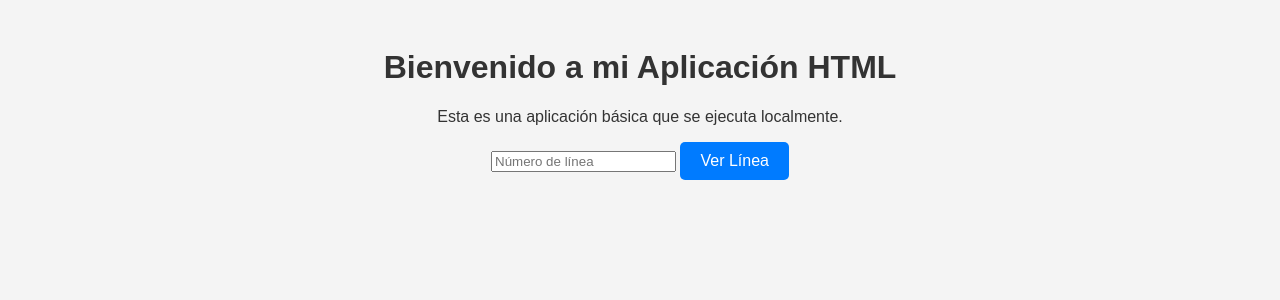
Repository: cflorido/Front_T3
Page: index.html
An editor plug-in stored every save of this project. The page is shown before and after the next save, followed by the edit.
The browser window is 1280 px wide. The pictures show the whole page.

Above is the page before, as saved 2024-10-22 18:45:45.

### index.html
<!DOCTYPE html>
<html lang="es">
<head>
    <meta charset="UTF-8">
    <meta name="viewport" content="width=device-scale=1.0">
    <title>Mi Aplicación HTML Básica</title>
    <style>
        body {
            font-family: Arial, sans-serif;
            background-color: #f4f4f4;
            color: #333;
            text-align: center;
            padding: 20px;
        }
        button {
            padding: 10px 20px;
            font-size: 16px;
            cursor: pointer;
            background-color: #007BFF; /* Color de fondo azul */
            color: white; /* Color del texto */
            border: none; /* Sin borde */
            border-radius: 5px; /* Bordes redondeados */
            transition: background-color 0.3s; /* Efecto de transición */
        }
        button:hover {
            background-color: #0056b3; /* Color más oscuro al pasar el mouse */
        }
        #contenido {
            margin-top: 20px;
            padding: 10px;
            border: 1px solid #333;
            background-color: #fff;
            display: none; /* Oculto por defecto */
        }
        table {
            margin: 20px auto;
            border-collapse: collapse;
            width: 80%;
        }
        th, td {
            border: 1px solid #333;
            padding: 10px;
            text-align: center;
            width: 14.28%; /* Para que se divida el espacio en 7 columnas */
        }
        th {
            background-color: #ddd;
        }
        .utilizado {
            background-color: #4CAF50; /* Verde para las franjas utilizadas */
        }
    </style>
</head>
<body>
    <h1>Bienvenido a mi Aplicación HTML</h1>
    <p>Esta es una aplicación básica que se ejecuta localmente.</p>

    <input type="number" id="numeroLinea" placeholder="Número de línea" min="1">
    <button onclick="cargarLinea()">Ver Línea</button>

    <div id="contenido"></div>

    <script>
        let lineas = []; // Array para almacenar las líneas del archivo

        // Función para cargar el contenido del archivo y dividirlo en líneas
        function cargarContenido() {
            fetch('data.txt')
                .then(response => {
                    if (!response.ok) {
                        throw new Error('Error al cargar el archivo: ' + response.statusText);
                    }
                    return response.text();
                })
                .then(data => {
                    lineas = data.split('\n'); // Divide el contenido en líneas
                })
                .catch(error => {
                    console.error(error);
                    alert('No se pudo cargar el contenido.');
                });
        }

        // Función para mostrar la línea seleccionada
        function cargarLinea() {
            const numeroLinea = document.getElementById("numeroLinea").value;
            const contenidoDiv = document.getElementById("contenido");

            // Verificar si el número de línea es válido
            if (numeroLinea > 0 && numeroLinea <= lineas.length) {
                const horario = JSON.parse(lineas[numeroLinea - 1]); // Parsear la línea como JSON
                mostrarHorario(horario); // Mostrar el horario en forma de tabla
                contenidoDiv.style.display = 'block'; // Muestra el div
            } else {
                alert('Número de línea no válido. Intenta de nuevo.');
            }
        }

        // Función para mostrar el horario en una tabla
        function mostrarHorario(horario) {
            const contenidoDiv = document.getElementById("contenido");
            contenidoDiv.innerHTML = ''; // Limpiar el contenido previo

            // Crear la tabla
            const tabla = document.createElement('table');
            const thead = document.createElement('thead');
            const tbody = document.createElement('tbody');

            // Crear encabezado de la tabla
            const encabezado = document.createElement('tr');
            const dias = ['Franja Horaria', 'Lunes', 'Martes', 'Miércoles', 'Jueves', 'Viernes', 'Sábado', 'Domingo'];
            dias.forEach(dia => {
                const th = document.createElement('th');
                th.textContent = dia;
                encabezado.appendChild(th);
            });
            thead.appendChild(encabezado);
            tabla.appendChild(thead);

            // Crear filas de horarios
            for (let i = 0; i < 12; i++) { // 12 franjas horarias
                const fila = document.createElement('tr');

                // Calcular la franja horaria
                const horaInicio = (i * 2) % 24;
                const horaFin = (horaInicio + 2) % 24;
                const franjaHoraria = `${horaInicio < 10 ? '0' : ''}${horaInicio}:00 - ${horaFin < 10 ? '0' : ''}${horaFin}:00`;

                // Añadir la franja horaria a la celda
                const celdaFranja = document.createElement('td');
                celdaFranja.textContent = franjaHoraria;
                fila.appendChild(celdaFranja);

                for (let j = 0; j < 7; j++) { // 7 días de la semana
                    const celda = document.createElement('td');
                    celda.textContent = horario[i * 7 + j]; // Calcular la posición en el array
                    if (horario[i * 7 + j] === 1) {
                        celda.classList.add('utilizado'); // Añadir clase si es utilizado
                    }
                    fila.appendChild(celda);
                }
                tbody.appendChild(fila);
            }

            tabla.appendChild(tbody);
            contenidoDiv.appendChild(tabla);
        }

        // Cargar el contenido del archivo al inicio
        cargarContenido();
    </script>
</body>
</html>

After the next save:
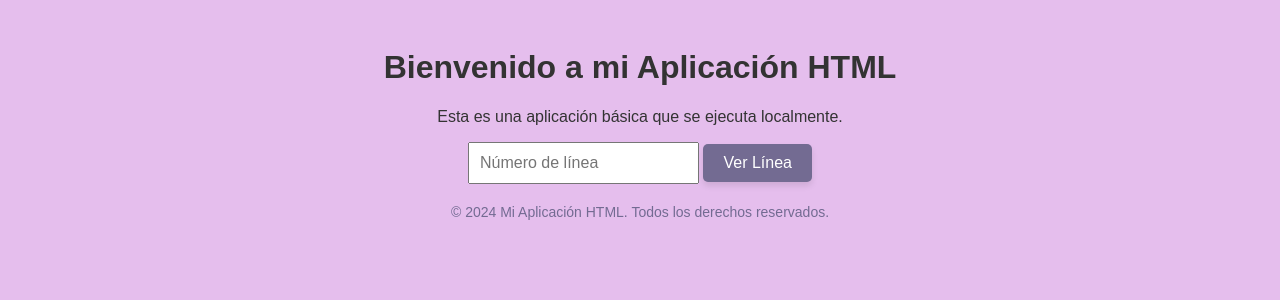
Saved 6 min 16 s later.
--- a/index.html
+++ b/index.html
@@ -2,12 +2,12 @@
 <html lang="es">
 <head>
     <meta charset="UTF-8">
-    <meta name="viewport" content="width=device-scale=1.0">
+    <meta name="viewport" content="width=device-width, initial-scale=1.0">
     <title>Mi Aplicación HTML Básica</title>
     <style>
         body {
             font-family: Arial, sans-serif;
-            background-color: #f4f4f4;
+            background-color: #E5BEED; /* Color de fondo */
             color: #333;
             text-align: center;
             padding: 20px;
@@ -16,38 +16,56 @@
             padding: 10px 20px;
             font-size: 16px;
             cursor: pointer;
-            background-color: #007BFF; /* Color de fondo azul */
+            background-color: #736B92; /* Color de fondo del botón */
             color: white; /* Color del texto */
             border: none; /* Sin borde */
             border-radius: 5px; /* Bordes redondeados */
             transition: background-color 0.3s; /* Efecto de transición */
+            box-shadow: 0 4px 6px rgba(0, 0, 0, 0.1); /* Sombra */
         }
         button:hover {
-            background-color: #0056b3; /* Color más oscuro al pasar el mouse */
+            background-color: #7D5C65; /* Color más oscuro al pasar el mouse */
         }
         #contenido {
             margin-top: 20px;
             padding: 10px;
-            border: 1px solid #333;
-            background-color: #fff;
+            border: 1px solid #7C90DB; /* Borde color */
+            background-color: #fff; /* Fondo blanco */
+            border-radius: 8px; /* Bordes redondeados */
+            box-shadow: 0 2px 10px rgba(0, 0, 0, 0.2); /* Sombra */
             display: none; /* Oculto por defecto */
         }
         table {
             margin: 20px auto;
             border-collapse: collapse;
             width: 80%;
+            border-radius: 8px; /* Bordes redondeados */
+            overflow: hidden; /* Esconde bordes */
         }
         th, td {
-            border: 1px solid #333;
+            border: 1px solid #736B92; /* Borde de las celdas */
             padding: 10px;
             text-align: center;
             width: 14.28%; /* Para que se divida el espacio en 7 columnas */
         }
         th {
-            background-color: #ddd;
+            background-color: #9593D9; /* Color de fondo del encabezado */
+            color: white; /* Color del texto en el encabezado */
+            font-weight: bold; /* Texto en negrita */
         }
-        .utilizado {
-            background-color: #4CAF50; /* Verde para las franjas utilizadas */
+        td {
+            background-color: #E5BEED; /* Color de fondo de las celdas */
+            transition: background-color 0.3s; /* Efecto de transición */
+        }
+        td.utilizado {
+            background-color: #7C90DB; /* Color para las franjas utilizadas */
+            color: white; /* Color del texto en las celdas utilizadas */
+            font-weight: bold; /* Texto en negrita */
+        }
+        .footer {
+            margin-top: 20px;
+            font-size: 14px;
+            color: #736B92; /* Color del texto del pie de página */
         }
     </style>
 </head>
@@ -55,10 +73,14 @@
     <h1>Bienvenido a mi Aplicación HTML</h1>
     <p>Esta es una aplicación básica que se ejecuta localmente.</p>
 
-    <input type="number" id="numeroLinea" placeholder="Número de línea" min="1">
+    <input type="number" id="numeroLinea" placeholder="Número de línea" min="1" style="padding: 10px; font-size: 16px;">
     <button onclick="cargarLinea()">Ver Línea</button>
 
     <div id="contenido"></div>
+
+    <div class="footer">
+        <p>&copy; 2024 Mi Aplicación HTML. Todos los derechos reservados.</p>
+    </div>
 
     <script>
         let lineas = []; // Array para almacenar las líneas del archivo
